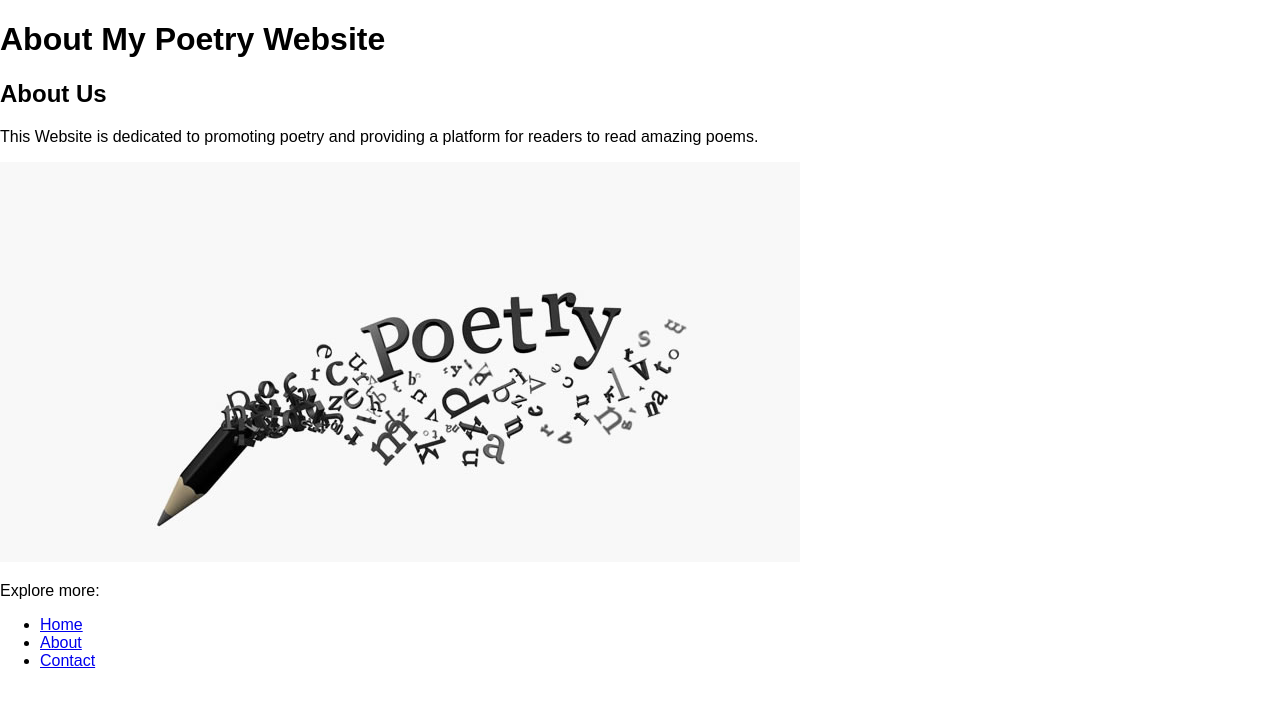
Repository: jbn-aman/wiprobatch1
Page: project/work/html/mywebapp/public/pages/assignment_13/about.html
The author's editor kept a copy of each file at every save. The page is drawn from the files as they stood at one save, then again after the next save.
The browser window is 1280 px wide. The pictures show the whole page.

Above is the page before, as saved 2024-04-04 17:00:52.

After the next save:
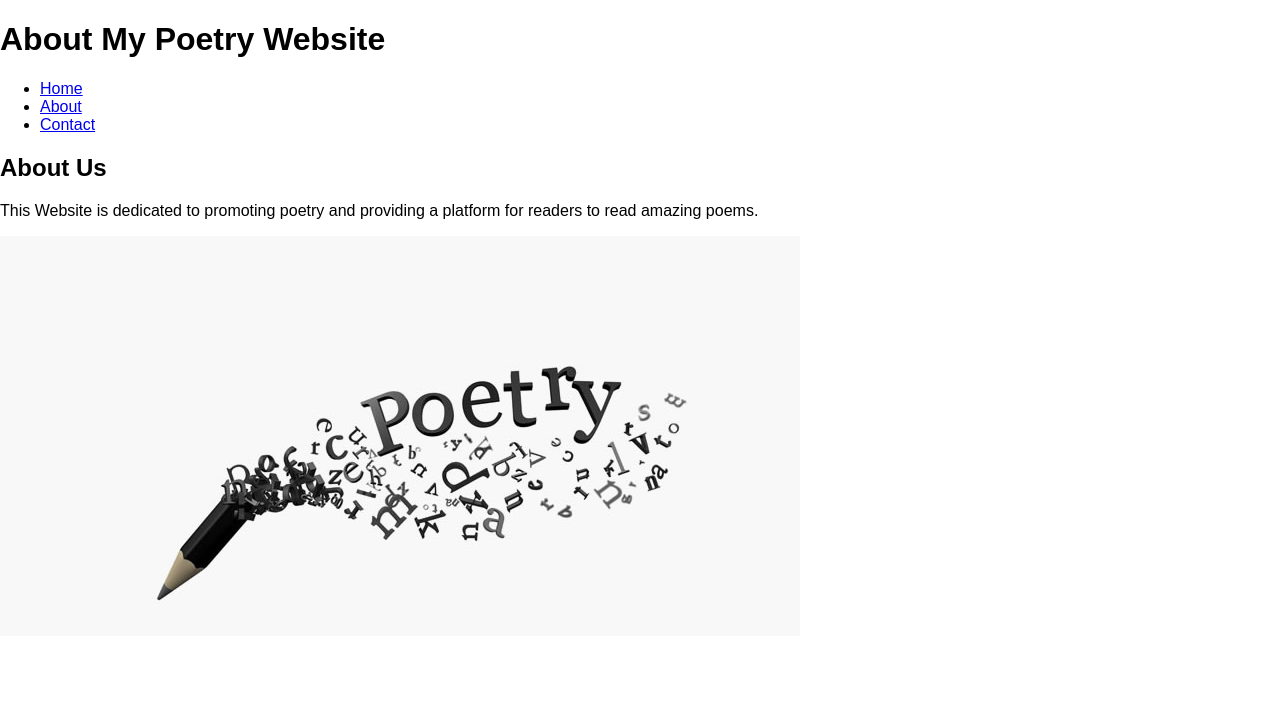
Saved 60 s later.
--- a/project/work/html/mywebapp/public/pages/assignment_13/about.html
+++ b/project/work/html/mywebapp/public/pages/assignment_13/about.html
@@ -14,16 +14,17 @@
 <body>
     <!-- Content for About Page -->
     <h1>About My Poetry Website</h1>
+
+     <ul>
+            <li><a href="index.html">Home</a></li>
+            <li><a href="about.html">About</a></li>
+            <li><a href="contact.html">Contact</a></li>
+        </ul>
     <h2>About Us</h2>
     <p>This Website is dedicated to promoting poetry and providing a platform for readers to read amazing poems.</p>
     <img src="../../assets/poetry.jpg" alt="About Us Image">
 
     <!-- Links to other pages -->
-    <p>Explore more:</p>
-    <ul>
-        <li><a href="index.html">Home</a></li>
-        <li><a href="about.html">About</a></li>
-        <li><a href="contact.html">Contact</a></li>
-    </ul>
+
 </body>
 </html>
